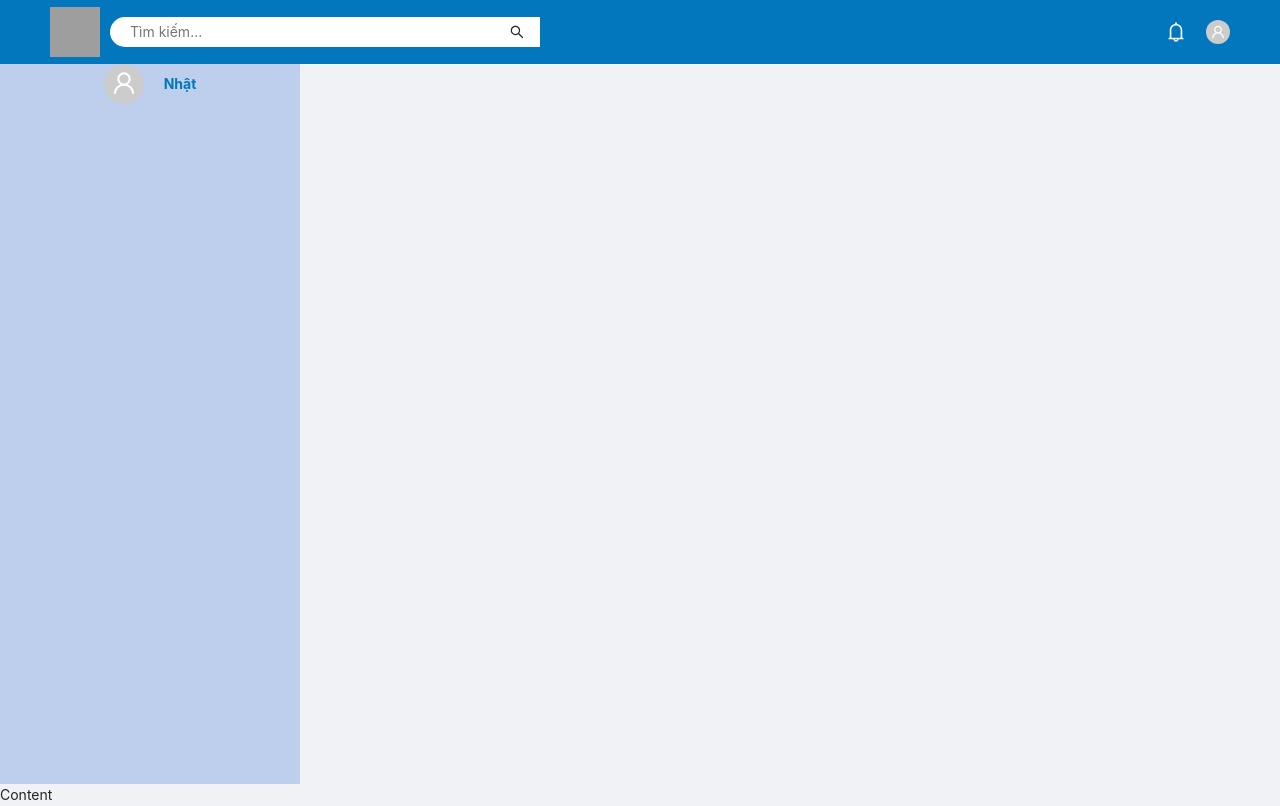
Repository: baonhat27/SocialNetwork_FE
Page: /home
These files come from the project's save history. The page is drawn as it stood at one moment and after the next save; the edit follows.
The browser window is 1280 px wide. The pictures show the whole page.
Pictures or frames that could not be fetched are drawn as grey boxes. The project was rebuilt for these pictures with package versions that can differ from the ones it lists, and the page was loaded fresh each time. Also part of the build but not shown: src/containers/home/component/HomeComponent.module.css, src/containers/loginPage/component/LoginPageComponent.module.css, src/components/Input/Input.module.css, src/components/Input/Input.js, src/components/Button/Button.module.css, src/components/Button/Button.js, src/containers/loginPage/component/LoginPageComponent.js, src/containers/loginPage/LoginPageContainer.js.

Above is the page before, as saved 2022-03-09 21:26:17.

After the next save:
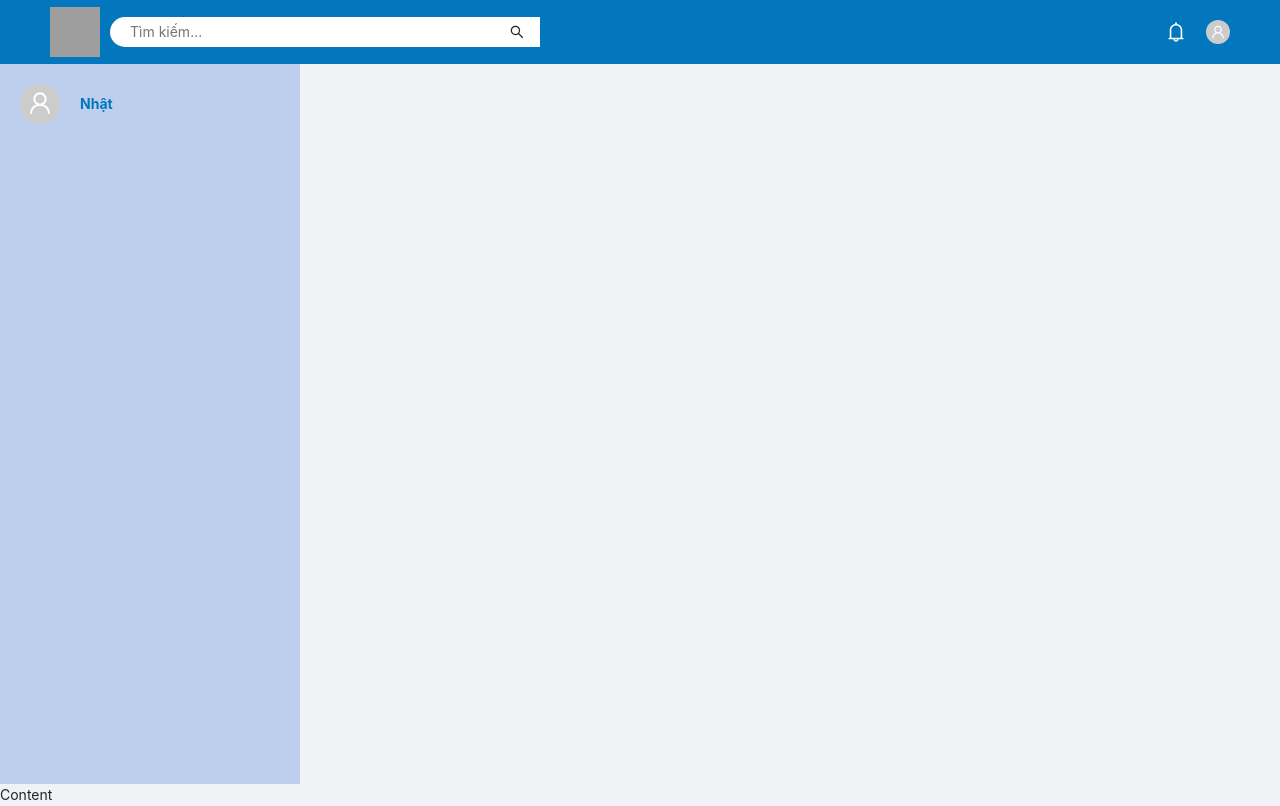
Saved 10 s later.
--- a/src/containers/sider/component/Sider.module.css
+++ b/src/containers/sider/component/Sider.module.css
@@ -7,9 +7,8 @@
     flex-direction: column;
 }
 .user_info{
-
+    margin: 20px;
     display: flex;
-    justify-content: center;
 }
 .user_name{
     margin-left: 20px;
